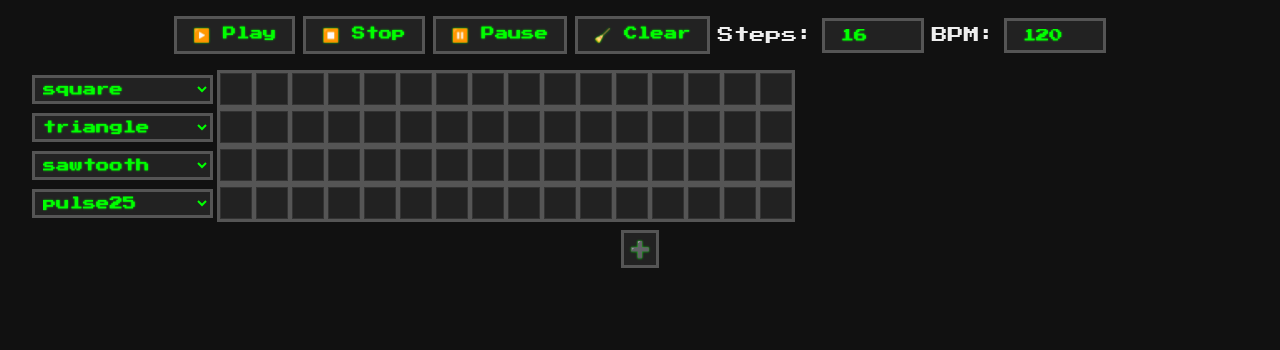
Repository: Aldentec/8-bit-Composer
Page: index.html
An editor plug-in stored every save of this project. The page is shown before and after the next save, followed by the edit.
The browser window is 1280 px wide. The pictures show the whole page.
Some web libraries are served in a nearby version.

Above is the page before, as saved 2025-05-28 16:15:40.

### index.html
<!DOCTYPE html>
<html lang="en">
<head>
  <meta charset="UTF-8">
  <title>8-Bit Composer</title>
  <link rel="stylesheet" href="style.css">
</head>
<body>
    <div id="controls">
        <button id="play">▶️ Play</button>
        <button id="stop">⏹️ Stop</button>
        <button id="pause">⏸️ Pause</button>
        <button id="clear">🧹 Clear</button>

        <label for="steps-input">Steps:</label>
        <input id="steps-input" type="number" min="1" value="16" style="width:4rem;">

        <label for="bpm-input">BPM:</label>
        <input id="bpm-input" type="number" min="1" max="300" value="120" style="width:4rem;">
    </div>

  <div id="grid"></div>

  <!-- Tone.js as global, then our modules -->
  <script src="node_modules/tone/build/Tone.js"></script>
  <script type="module" src="js/main.js"></script>
</body>
</html>

### style.css
/* ------------------------------
   Retro 8-Bit Theme
   ------------------------------ */

/* Use a pixel-style font; include via Google Fonts or host locally */
@import url('https://fonts.googleapis.com/css2?family=Press+Start+2P&display=swap');

body {
  background: #111 url('data:[embedded picture, 57 characters]' /* tiny noise */) repeat;
  color: #eee;
  font-family: 'Press Start 2P', monospace;
  margin: 1rem;
  text-align: center;
}

/* Controls bar */
#controls {
  display: flex;
  flex-wrap: wrap;
  gap: 0.5rem;
  justify-content: center;
  align-items: center;
  margin-bottom: 1rem;
}
#controls button,
#controls input,
#controls select {
  background: #222;
  border: 3px solid #555;
  border-radius: 0;
  padding: 0.5rem 1rem;
  font-family: inherit;
  color: #0f0;
  text-shadow: 0 0 2px #0f0;
  cursor: pointer;
}
#controls button:hover,
#controls input:hover,
#controls select:hover {
  background: #333;
  border-color: #0f0;
}

#controls button {
  background: #222;
  border: 3px solid #555;
  color: #0f0;
  font-family: inherit;
  padding: 0.5rem 1rem;
  cursor: pointer;
  transition: background 0.1s, border-color 0.1s;
}

/* Active state */
#controls button.active {
  background: #0f0;
  border-color: #0f0;
  color: #000;
  box-shadow: inset 0 0 5px #0f0;
}

/* Note picker */
#note-picker-container {
  margin-bottom: 1rem;
}
#note-picker-container select {
  width: auto;
  background: #222;
  border: 3px solid #555;
  color: #0f0;
  text-shadow: 0 0 2px #0f0;
}

/* Grid container */
#grid {
  width: 100%;
  max-width: 100%;
  overflow-x: auto;          /* horizontal scroll if needed */
  box-sizing: border-box;
  padding: 0 1rem;           /* optional padding so cells don’t butt the viewport */
  margin: 0 auto;
}

/* Each row: dropdown + cells */
.grid-row {
  display: grid;
  width: max-content;        /* only as wide as its cells */
  column-gap: 4px;
  align-items: center;
  grid-auto-flow: column;    /* you already set grid-template-columns inline */
}

/* Instrument dropdown */
.instrument-select {
  background: #222;
  border: 3px solid #555;
  font-family: inherit;
  color: #0f0;
  text-shadow: 0 0 2px #0f0;
  padding: 4px;
}

/* Sequencer cell */
.cell {
  width: 2rem;
  height: 2rem;
  background: #222;
  border: 3px solid #555;
  box-shadow: inset 0 0 0 1px #333;
  cursor: pointer;

  /* pixelated text & alignment */
  display: flex;
  align-items: center;
  justify-content: center;
  font-size: 0.6rem;
  line-height: 1rem;
  font-family: inherit;
  color: #0f0;
  text-shadow: 0 0 1px #0f0;
  user-select: none;
}
.cell.active {
  background: #000;
  border-color: #0f0;
  box-shadow: inset 0 0 0 2px #0f0;
}
.cell:hover {
  border-color: #0f0;
}

/* Add-row button */
.add-row {
  width: 2rem;
  height: 2rem;
  margin: 0.5rem auto 0;
  background: #222;
  border: 3px solid #555;
  color: #0f0;
  text-shadow: 0 0 2px #0f0;
  display: flex;
  align-items: center;
  justify-content: center;
  cursor: pointer;
}
.add-row:hover {
  background: #000;
  border-color: #0f0;
}

/* Scrollbar styling for webkit */
#grid::-webkit-scrollbar {
  height: 8px;
}
#grid::-webkit-scrollbar-track {
  background: #111;
}
#grid::-webkit-scrollbar-thumb {
  background: #444;
  border: 2px solid #222;
  border-radius: 4px;
}

### js/main.js
// js/main.js

import {
  initGrid,
  clearGrid,
  INSTRUMENT_OPTIONS
} from './grid.js';
import { createVoices }      from './voices.js';
import { initSequencer }     from './sequencer.js';

document.addEventListener('DOMContentLoaded', () => {
  // 1) Initial rows: pick your first four defaults from the full options
  let instrumentNames = INSTRUMENT_OPTIONS.slice(0, 4);

  // 2) UI controls
  const playBtn  = document.getElementById('play');
  const pauseBtn = document.getElementById('pause');
  const stopBtn  = document.getElementById('stop');
  const clearBtn = document.getElementById('clear');
  const stepsIn  = document.getElementById('steps-input');
  const bpmIn    = document.getElementById('bpm-input');

  let voices = [];  // will hold our trigger functions

  // 3) Build or rebuild the grid + sequencer
  function build(steps, bpm) {
    // a) draw the grid (dropdowns + cells)
    initGrid('grid', instrumentNames, steps);

    // b) create voices in the same order as rows
    voices = createVoices(instrumentNames);

    // c) reset the Transport
    Tone.Transport.stop();
    Tone.Transport.cancel();
    Tone.Transport.position = 0;
    Tone.Transport.bpm.value = bpm;

    // d) schedule the sequencer
    initSequencer(voices);

    // e) button state reset
    playBtn.disabled  = false;
    pauseBtn.disabled = true;
    stopBtn.disabled  = true;
  }

  // 4) Initial build (16 steps @ 120 BPM)
  build(Number(stepsIn.value), Number(bpmIn.value));

  // 5) Play / Pause / Stop / Clear
  playBtn.addEventListener('click', async () => {
  await Tone.start();
  Tone.Transport.stop();
  Tone.Transport.position = 0;
  Tone.Transport.start();

  // highlight buttons
  playBtn.classList.add('active');
  pauseBtn.classList.remove('active');
  stopBtn.classList.remove('active');

  playBtn.disabled  = true;
  pauseBtn.disabled = false;
  stopBtn.disabled  = false;
});

  pauseBtn.addEventListener('click', () => {
  Tone.Transport.pause();

  // highlight buttons
  pauseBtn.classList.add('active');
  playBtn.classList.remove('active');
  stopBtn.classList.remove('active');

  playBtn.disabled  = false;
  pauseBtn.disabled = true;
  stopBtn.disabled  = false;
});

  stopBtn.addEventListener('click', () => {
  Tone.Transport.stop();
  Tone.Transport.position = 0;

  // clear highlights
  playBtn.classList.remove('active');
  pauseBtn.classList.remove('active');
  stopBtn.classList.add('active');

  playBtn.disabled  = false;
  pauseBtn.disabled = true;
  stopBtn.disabled  = true;
});

  clearBtn.addEventListener('click', () => {
    clearGrid();
    Tone.Transport.stop();
    Tone.Transport.position = 0;

    playBtn.classList.remove('active');
    pauseBtn.classList.remove('active');
    stopBtn.classList.remove('active');

    playBtn.disabled  = false;
    pauseBtn.disabled = true;
    stopBtn.disabled  = true;
  });

  // 6) Steps change → rebuild everything
  stepsIn.addEventListener('change', () => {
    const s = Math.max(1, Number(stepsIn.value) || 1);
    build(s, Number(bpmIn.value));
  });

  // 7) BPM change → live tempo update
  bpmIn.addEventListener('change', () => {
    const b = Math.max(1, Math.min(300, Number(bpmIn.value) || 120));
    Tone.Transport.bpm.value = b;
  });

  document.addEventListener('addRowClicked', () => {
    // append a new row with default instrument
    instrumentNames.push(INSTRUMENT_OPTIONS[0]);
    // rebuild grid & sequencer
    build(Number(stepsIn.value), Number(bpmIn.value));
  });

  // 8) Instrument dropdown change → update that row’s voice only
  document.addEventListener('instrumentChanged', ({ detail: { row, type } }) => {
    // update the array
    instrumentNames[row] = type;

    // rebuild voices to reflect the new type
    voices = createVoices(instrumentNames);

    // re-schedule the transport so new voice takes effect
    Tone.Transport.stop();
    Tone.Transport.cancel();
    Tone.Transport.position = 0;
    initSequencer(voices);
  });

  document.addEventListener('removeRowClicked', ({ detail: { row } }) => {
  // Remove that instrument
  instrumentNames.splice(row, 1);
  // Rebuild grid & sequencer
  build(Number(stepsIn.value), Number(bpmIn.value));
});
});

### js/grid.js
// js/grid.js

// Sequencer dimensions and state (set in initGrid)
export let STEPS     = 16;
export let CHANNELS  = 0;
export let gridState = [];  // boolean on/off per [row][step]
export let noteState = [];  // note string per [row][step]

/**
 * Master instrument list for dropdowns.
 */
export const INSTRUMENT_OPTIONS = [
  'square','triangle','sawtooth','pulse25','pulse50','pulse75',
  'fmsynth','amsynth','metal','membrane',
  'noise-white','noise-pink',
  'drum-kick','drum-snare','drum-tom','drum-hat'
];

/**
 * Intervals in semitones for each scale type.
 */
const SCALE_INTERVALS = {
  Major:        [0,2,4,5,7,9,11],
  Minor:        [0,2,3,5,7,8,10],
  Pentatonic:   [0,2,4,7,9],
  Chromatic:    [0,1,2,3,4,5,6,7,8,9,10,11]
};

/**
 * Convert "C#4" -> 61, and vice versa.
 */
function noteToMidi(n) { return Tone.Frequency(n).toMidi(); }
function midiToNote(m) { return Tone.Frequency(m, 'midi').toNote(); }

/**
 * Checks if a given note (eg "C#4") lies in the user-selected key+scale.
 */
function isInScale(note) {
  const key = document.getElementById('key-select').value;       // e.g. "C"
  const scale = document.getElementById('scale-select').value;   // e.g. "Major"
  const rootMidi = noteToMidi(key + '4') % 12;                   // root pitch class
  const intervalClasses = SCALE_INTERVALS[scale] || SCALE_INTERVALS.Major;

  const midi = noteToMidi(note);
  const interval = (midi % 12 - rootMidi + 12) % 12;
  return intervalClasses.includes(interval);
}

/**
 * Renders the sequencer grid, preserving old state when possible.
 */
export function initGrid(containerId, instrumentTypes = [], steps = 16) {
  // merge old state
  const oldG = gridState, oldN = noteState;
  const oldR = oldG.length, oldC = oldG[0]?.length || 0;

  CHANNELS = instrumentTypes.length;
  STEPS    = steps;

  gridState = Array.from({ length: CHANNELS }, (_, r) =>
    Array.from({ length: STEPS }, (_, c) =>
      r < oldR && c < oldC ? oldG[r][c] : false
    )
  );
  noteState = Array.from({ length: CHANNELS }, (_, r) =>
    Array.from({ length: STEPS }, (_, c) =>
      r < oldR && c < oldC ? oldN[r][c] : 'C4'
    )
  );

  const container = document.getElementById(containerId);
  container.innerHTML = '';

  instrumentTypes.forEach((initialType, row) => {
    const rowEl = document.createElement('div');
    rowEl.className = 'grid-row';
    rowEl.style.gridTemplateColumns = `auto repeat(${STEPS}, 2rem)`;

    // instrument dropdown
    const select = document.createElement('select');
    select.className = 'instrument-select';
    INSTRUMENT_OPTIONS.forEach(type => {
      const o = document.createElement('option');
      o.value = o.textContent = type;
      if (type === initialType) o.selected = true;
      select.append(o);
    });
    select.addEventListener('change', e => {
      document.dispatchEvent(new CustomEvent('instrumentChanged', {
        detail: { row, type: e.target.value }
      }));
    });
    rowEl.append(select);

    // sequencer cells
    for (let step = 0; step < STEPS; step++) {
      const cell = document.createElement('div');
      cell.className = 'cell';
      cell.dataset.row  = row;
      cell.dataset.step = step;
      // restore UI
      if (gridState[row][step]) {
        cell.classList.add('active');
        cell.textContent = noteState[row][step];
      }

      // left-click: toggle on/off, stamping note
      cell.addEventListener('click', () => {
        if (!gridState[row][step]) {
          const note = noteState[row][step];
          if (!isInScale(note)) {
            alert(`${note} is not in ${document.getElementById('key-select').value} ${document.getElementById('scale-select').value} scale`);
            return;
          }
          gridState[row][step] = true;
          cell.classList.add('active');
          cell.textContent = note;
        } else {
          gridState[row][step] = false;
          cell.classList.remove('active');
          cell.textContent = '';
        }
      });

      // right-click: prompt to edit note
      cell.addEventListener('contextmenu', e => {
        e.preventDefault();
        const current = noteState[row][step];
        const newNote = prompt('Enter note (e.g. C4, A#3):', current);
        if (newNote) {
          if (!isInScale(newNote)) {
            alert(`${newNote} is not in ${document.getElementById('key-select').value} ${document.getElementById('scale-select').value} scale`);
            return;
          }
          noteState[row][step] = newNote;
          if (gridState[row][step]) cell.textContent = newNote;
        }
      });

      rowEl.append(cell);
    }

    container.append(rowEl);
  });

  // ➕ Add-row button
  const addRowEl = document.createElement('div');
  addRowEl.className = 'add-row';
  addRowEl.textContent = '➕';
  addRowEl.title = 'Add a row';
  addRowEl.addEventListener('click', () => {
    document.dispatchEvent(new Event('addRowClicked'));
  });
  container.append(addRowEl);
}

/**
 * Clears all active steps in both state and UI.
 */
export function clearGrid() {
  gridState.forEach(r => r.fill(false));
  document.querySelectorAll('.cell.active')
    .forEach(c => { c.classList.remove('active'); c.textContent = '' });
}

### js/voices.js
// js/voices.js

/**
 * Given an array of instrument‐type strings, returns
 * a trigger function for each row that takes (time, note).
 * Synths are pre-created and re-used to avoid GC/CPU spikes.
 */
export function createVoices(instrumentTypes) {
  const env = { attack:0.01, decay:0.1, sustain:0.5, release:0.1 };

  // 1) Create one synth or sampler instance per row
  const synths = instrumentTypes.map(type => {
    switch(type) {
      case 'square':
        // a simple monosynth for square waves
        return new Tone.Synth({
          oscillator:{ type:'square' },
          envelope:    env
        }).toDestination();

      case 'triangle':
        return new Tone.Synth({
          oscillator:{ type:'triangle' },
          envelope:    env
        }).toDestination();

      case 'sawtooth':
        return new Tone.Synth({
          oscillator:{ type:'sawtooth' },
          envelope:    env
        }).toDestination();

      case 'pulse25':
      case 'pulse50':
      case 'pulse75': {
        const width = type==='pulse25'?0.25:type==='pulse50'?0.5:0.75;
        return new Tone.Synth({
          oscillator:{ type:'pulse', width },
          envelope:    env
        }).toDestination();
      }

      case 'fmsynth':
        return new Tone.FMSynth({ modulationIndex:12, envelope: env })
          .toDestination();

      case 'amsynth':
        return new Tone.AMSynth({ harmonicity:3, envelope:env })
          .toDestination();

      case 'metal':
        return new Tone.MetalSynth({ envelope: env })
          .toDestination();

      case 'membrane':
        return new Tone.MembraneSynth({
          envelope:{ attack:0.001, decay:0.4, sustain:0, release:1 }
        }).toDestination();

      case 'noise-white':
        return new Tone.NoiseSynth({
          noise:    { type:'white' },
          envelope: { attack:0.001, decay:0.2, sustain:0 }
        }).toDestination();

      case 'noise-pink':
        return new Tone.NoiseSynth({
          noise:    { type:'pink' },
          envelope: { attack:0.001, decay:0.2, sustain:0 }
        }).toDestination();

      case 'drum-kick':
      case 'drum-snare':
      case 'drum-tom':
      case 'drum-hat':
        // use a single Sampler for any drum type
        return new Tone.Sampler({
          urls: {
            C1: `${type}.wav`
          },
          baseUrl: '/samples/drums/',
          onload: () => console.log(`${type} loaded`)
        }).toDestination();

      default:
        // silent fallback
        return { triggerAttackRelease: () => {} };
    }
  });

  // 2) Return the trigger functions
  return synths.map((synth, i) => {
    const type = instrumentTypes[i];
    return (time, note) => {
      if (synth instanceof Tone.Sampler) {
        // drums ignore pitch: just trigger C1 at time
        synth.triggerAttack('C1', time);
      } else {
        // note is like "C4","D#3", etc.
        synth.triggerAttackRelease(note, '16n', time);
      }
    };
  });
}

### js/sequencer.js
// js/sequencer.js

import { STEPS, gridState, noteState } from './grid.js';

let repeatId = null;

/**
 * Initializes the sequencer:
 *  - Sets the Transport BPM
 *  - Clears any existing schedule
 *  - Schedules a 16th-note repeat that:
 *      • computes the current step
 *      • checks gridState[row][step]
 *      • if active, calls trigger(time, noteState[row][step])
 *
 * @param {Function[]} voices  Array of (time, note) => void trigger functions
 * @param {number} bpm         Tempo in beats per minute
 */
export function initSequencer(voices, bpm = 120) {
  // 1) set tempo
  Tone.Transport.bpm.value = bpm;

  // 2) clear any existing scheduled callback
  if (repeatId !== null) {
    Tone.Transport.clear(repeatId);
    repeatId = null;
  }

  // 3) schedule a single repeat on 16th notes
  repeatId = Tone.Transport.scheduleRepeat((time) => {
    // compute current step based on ticks
    const step = Math.floor(Tone.Transport.ticks / (Tone.Transport.PPQ / 4)) % STEPS;

    voices.forEach((trigger, row) => {
      if (gridState[row][step]) {
        const note = noteState[row][step];
        trigger(time, note);
      }
    });
  }, '16n');
}

/**
 * Binds a Play/Pause toggle to a button.
 * @param {string} buttonId  ID of the button element
 */
export function bindPlayButton(buttonId) {
  const btn = document.getElementById(buttonId);
  btn.textContent = '▶️ Play';
  btn.addEventListener('click', async () => {
    await Tone.start();
    if (Tone.Transport.state === 'started') {
      Tone.Transport.stop();
      btn.textContent = '▶️ Play';
    } else {
      Tone.Transport.start();
      btn.textContent = '⏸️ Pause';
    }
  });
}

After the next save:
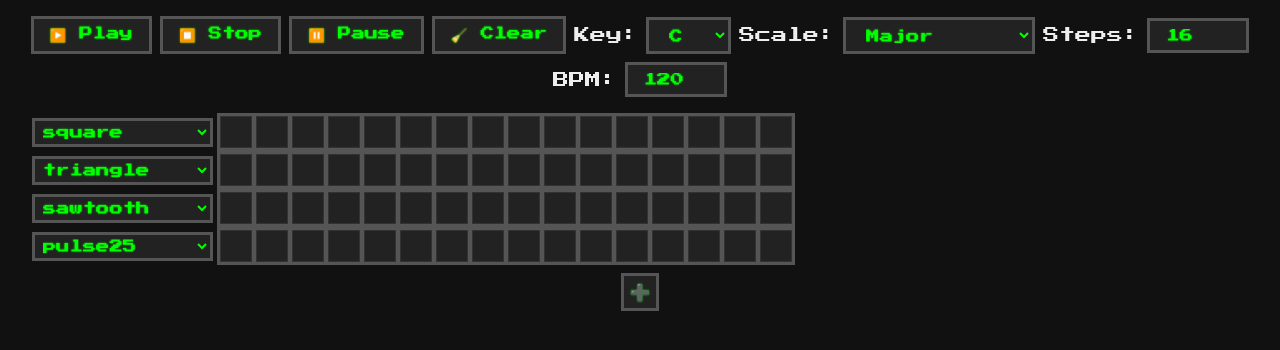
Saved 30 s later.
--- a/index.html
+++ b/index.html
@@ -11,6 +11,19 @@
         <button id="stop">⏹️ Stop</button>
         <button id="pause">⏸️ Pause</button>
         <button id="clear">🧹 Clear</button>
+
+        <label for="key-select">Key:</label>
+        <select id="key-select">
+        <option>C</option><option>C#</option><option>D</option>
+        </select>
+
+        <label for="scale-select">Scale:</label>
+        <select id="scale-select">
+        <option>Major</option>
+        <option>Minor</option>
+        <option>Pentatonic</option>
+        <option>Chromatic</option>
+        </select>
 
         <label for="steps-input">Steps:</label>
         <input id="steps-input" type="number" min="1" value="16" style="width:4rem;">

After the save that followed:
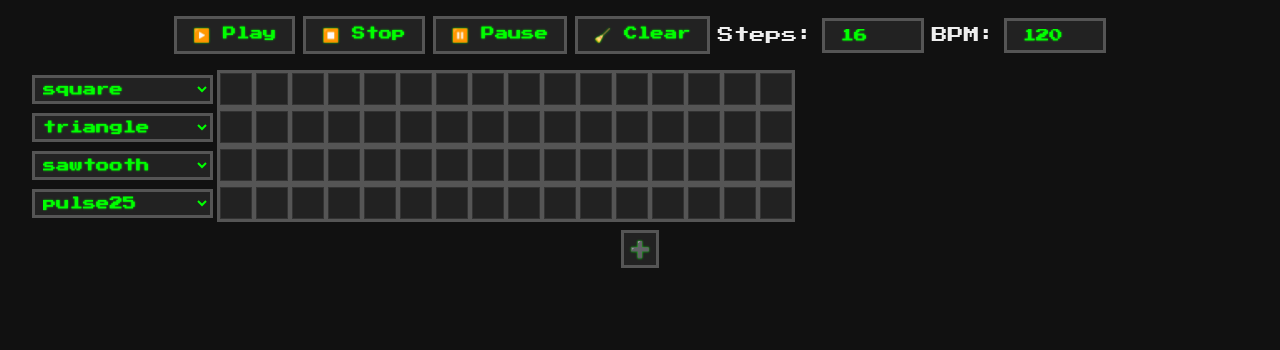
Saved 11 s later.
--- a/index.html
+++ b/index.html
@@ -11,19 +11,6 @@
         <button id="stop">⏹️ Stop</button>
         <button id="pause">⏸️ Pause</button>
         <button id="clear">🧹 Clear</button>
-
-        <label for="key-select">Key:</label>
-        <select id="key-select">
-        <option>C</option><option>C#</option><option>D</option>
-        </select>
-
-        <label for="scale-select">Scale:</label>
-        <select id="scale-select">
-        <option>Major</option>
-        <option>Minor</option>
-        <option>Pentatonic</option>
-        <option>Chromatic</option>
-        </select>
 
         <label for="steps-input">Steps:</label>
         <input id="steps-input" type="number" min="1" value="16" style="width:4rem;">
